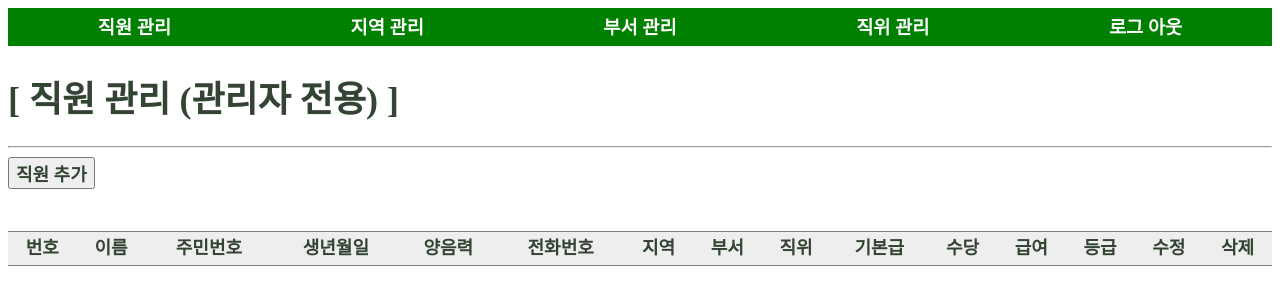
Repository: youngsik0405/SpringMVC
Page: http://localhost/mvc04/WEB-INF/view/EmpList.jsp
An editor plug-in stored every save of this project. The page is shown before and after the next save, followed by the edit.
The browser window is 1280 px wide. The pictures show the whole page.
The page is served by Tomcat 9. Nobody is signed in. The template is opened directly, without the code that normally fills it, so the values that code supplies are empty.

Above is the page before, as saved 2025-02-24 03:39:40.

After the next save:
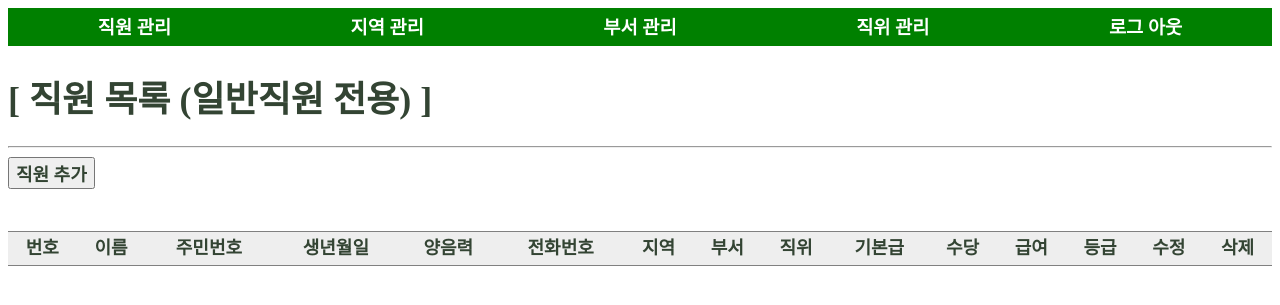
Saved 91 s later.
--- a/mvc04/WebContent/WEB-INF/view/EmpList.jsp
+++ b/mvc04/WebContent/WEB-INF/view/EmpList.jsp
@@ -71,7 +71,7 @@
 
 	<!-- 콘텐츠 영역 -->
 	<div id="content">
-		<h1>[ 직원 관리 (관리자 전용) ]</h1>
+		<h1>[ 직원 목록 (일반직원 전용) ]</h1>
 		<hr>
 
 
